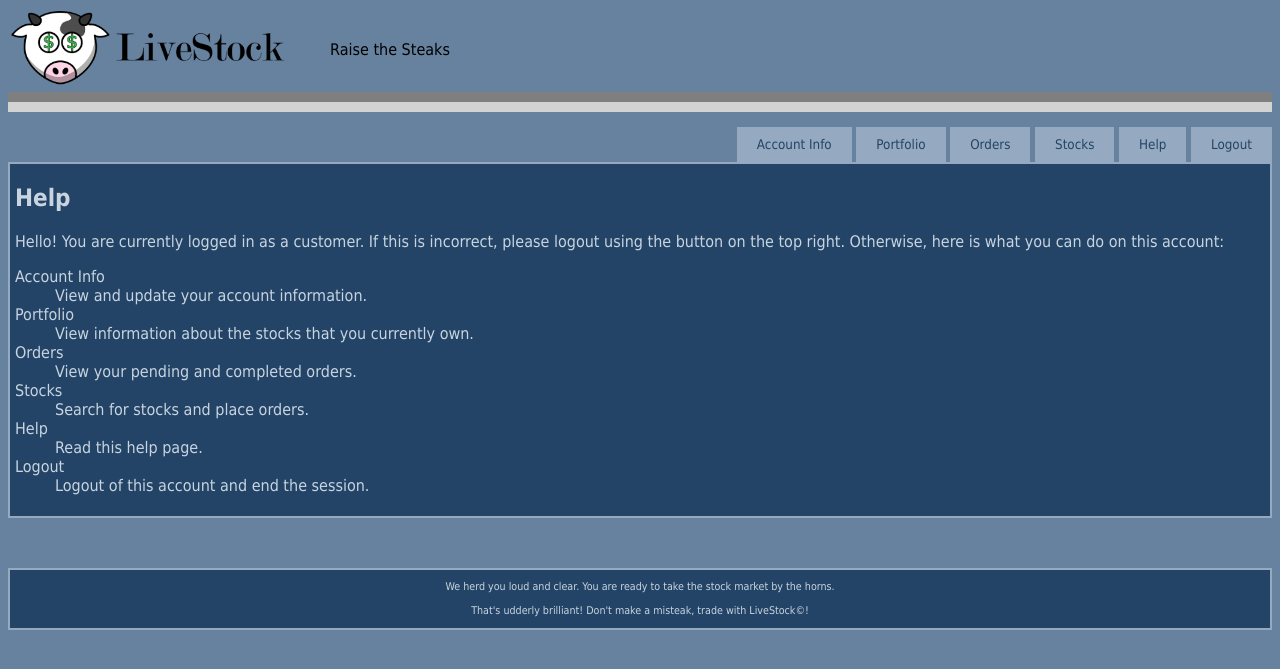
Repository: yastapova/live-stock
Page: http://localhost/LiveStockSite/WEB-INF/cust_help.jsp
These files come from the project's save history. The page is drawn as it stood at one moment and after the next save; the edit follows.
The browser window is 1280 px wide. The pictures show the whole page.
The page is served by Tomcat 9. Nobody is signed in. The template is opened directly, without the code that normally fills it, so the values that code supplies are empty.

Above is the page before, as saved 2016-04-19 22:55:23.

After the next save:
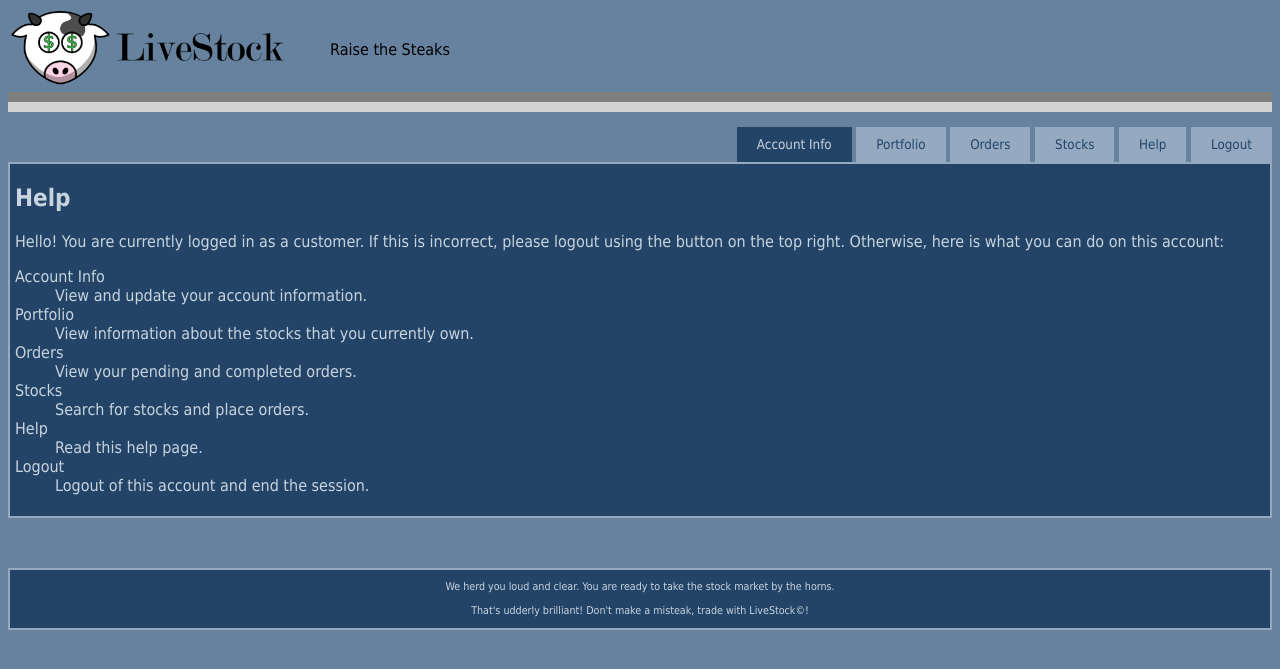
Saved 2 min 51 s later.
--- a/LiveStockSite/WebContent/WEB-INF/gen.css
+++ b/LiveStockSite/WebContent/WEB-INF/gen.css
@@ -61,7 +61,7 @@ a {
 	background-color: #234467;
 	color: #C8D3E0;
 }
-.menu a:active {
+.menu a.active {
 	background-color: #234467;
 	color: #C8D3E0;
 }
